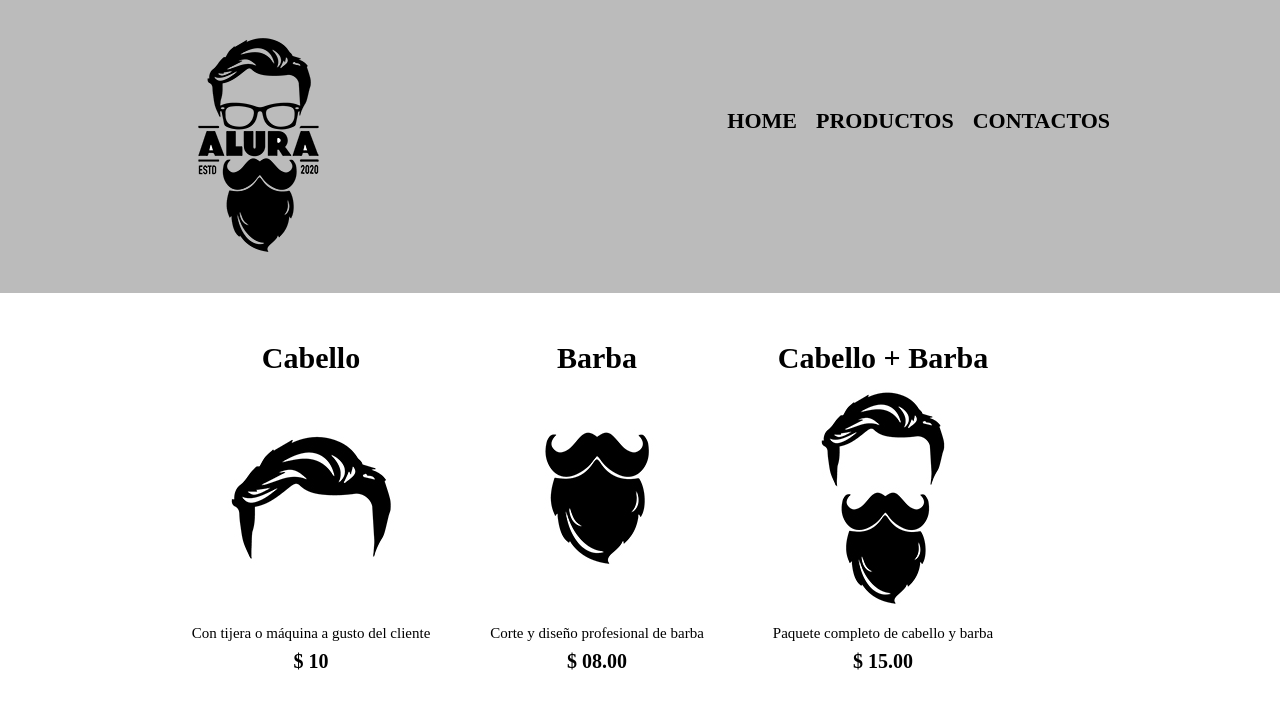
Repository: Ciromontes/Barber-a
Page: productos.html
The author's editor kept a copy of each file at every save. The page is drawn from the files as they stood at one save, then again after the next save.
The browser window is 1280 px wide. The pictures show the whole page.

Above is the page before, as saved 2022-12-23 20:33:52.

After the next save:
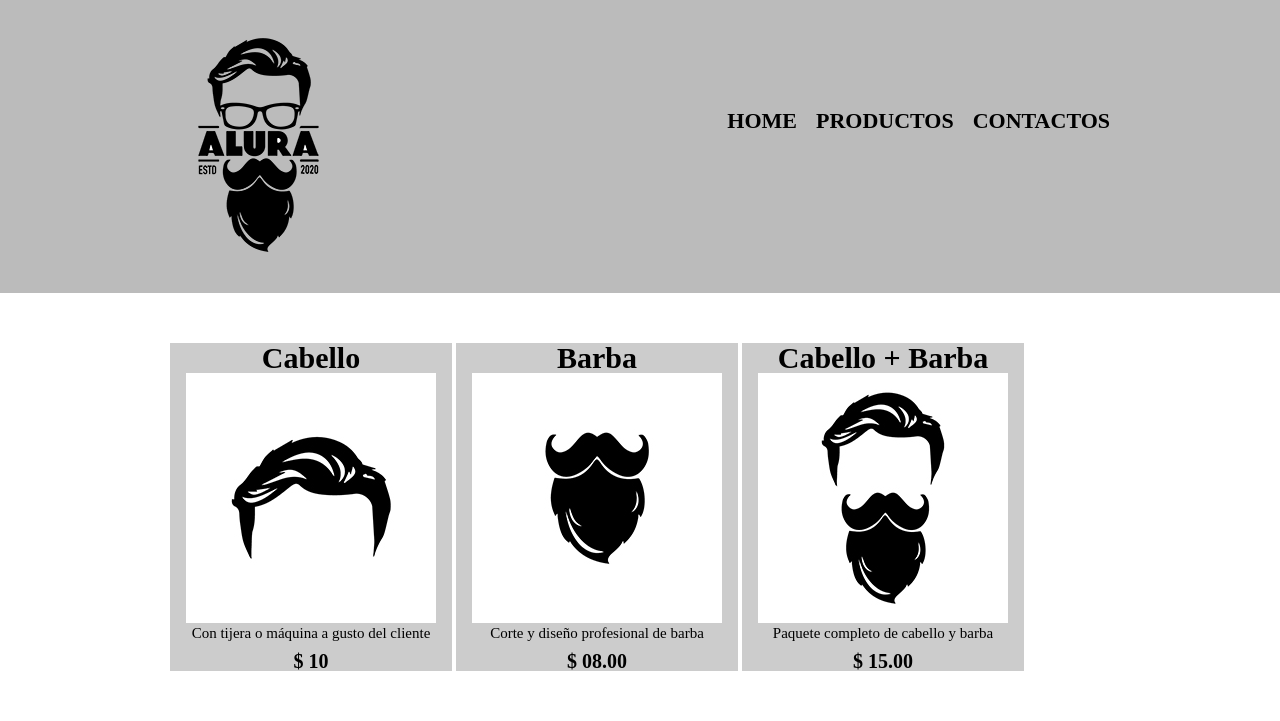
Saved 54 min 5 s later.
--- a/productos.css
+++ b/productos.css
@@ -40,6 +40,8 @@
     width: 30%;
     vertical-align: top;
     text-align: center;
+    background-color: #cccccc
+    ;
 
 }
 
